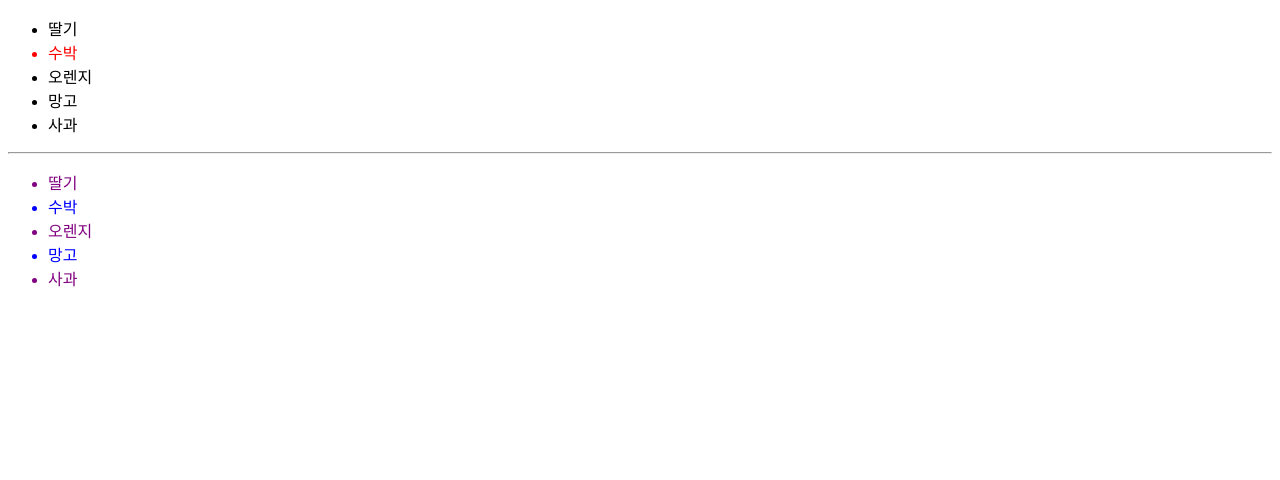
Repository: sangah-park98/jsp-class
Page: k20230508_1_css/src/main/webapp/04_가상클래스선택자2.html
The author's editor kept a copy of each file at every save. The page is drawn from the files as they stood at one save, then again after a run of saves.
The browser window is 1280 px wide. The pictures show the whole page.

Above is the page before, as saved 2023-05-08 03:53:01.

### k20230508_1_css/src/main/webapp/04_가상클래스선택자2.html
<!DOCTYPE html>
<html>
<head>
<meta charset="UTF-8">
<title>가상 클래스 선택자</title>
<style type="text/css">

	/*
		nth-child: 형제 요소 중 index가 n번째 요소라면 선택한다.
		index는 nth-child(index)와 같이 지정하며 1부터 시작된다.
	*/

	.fruits1 > li:nth-child(2) {
		color: red;
	}


	 /*
		연산
		()안에 "n"을 입력하면 "n"은 0부터 시작해서 1씩 증가된다.
	 	"n"을 이용한 곱셈 연산시 "*"는 사용하지 않으며 "n"앞에 숫자가 위치해야 한다.(예> 2n)
	 	"n"을 이용한 덧셈, 뺄셈 연산시 연산자를 사용해야 하며 "n" 뒤에 숫자가 위치해야 한다.
	 */
	.fruits2 > li:nth-child(2n) { /* 짝수 번째 모든 요소 선택 */
		color: blue;
	}
	.fruits2 > li:nth-child(2n + 1) { /* 홀수 번째 모든 요소 선택 */
		color: purple;
	}
	.fruits2 > li:nth-child(2n + 1) { /* 3번째 이후 모든 요소 선택 */
		color: purple;
	}

</style>
</head>
<body>


<ul class="fruits1">
	<li>딸기</li> <!-- nth-child(2n+1) -->
	<li>수박</li> <!-- nth-child(2n) -->
	<li>오렌지</li> <!-- nth-child(2n+1) -->
	<li>망고</li> <!-- nth-child(2n) -->
	<li>사과</li> <!-- nth-child(2n+1) -->
</ul>
<hr/>
<ul class="fruits2">
	<li>딸기</li>
	<li>수박</li>
	<li>오렌지</li>
	<li>망고</li>
	<li>사과</li>
</ul>



</body>
</html>

After the next 2 saves:
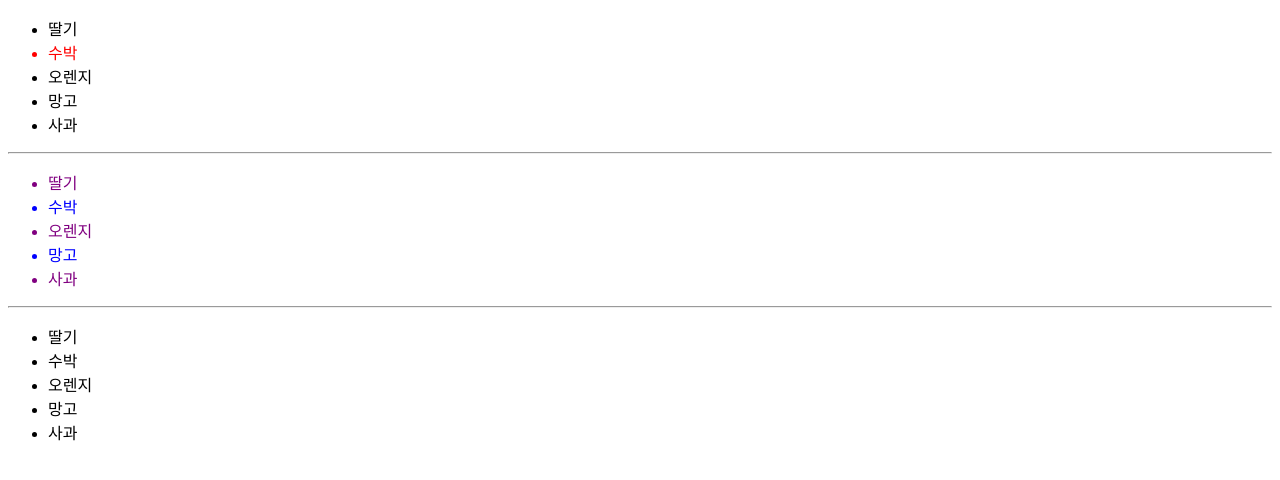
The 2 saves are shown as one change because they came seconds apart.
The last was saved 17 s later.
--- a/k20230508_1_css/src/main/webapp/04_가상클래스선택자2.html
+++ b/k20230508_1_css/src/main/webapp/04_가상클래스선택자2.html
@@ -51,6 +51,14 @@
 	<li>망고</li>
 	<li>사과</li>
 </ul>
+<hr/>
+<ul class="fruits3">
+	<li>딸기</li>
+	<li>수박</li>
+	<li>오렌지</li>
+	<li>망고</li>
+	<li>사과</li>
+</ul>
 
 
 
